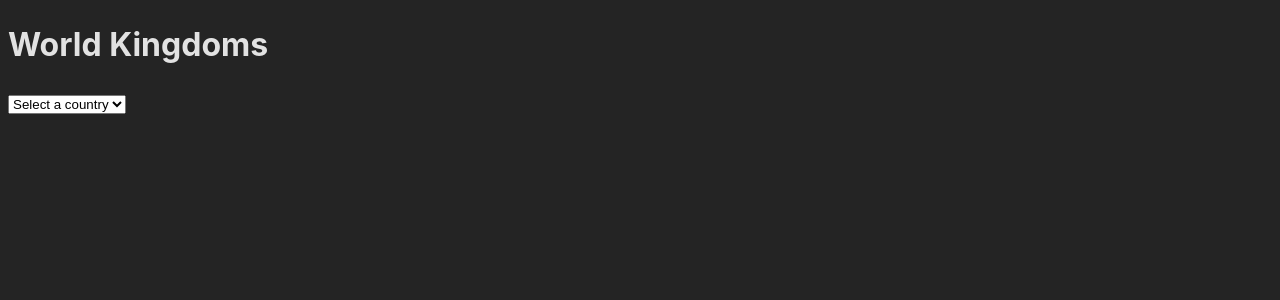
Repository: MonicaNguyenH/Lab-7_Frontend
Page: /countries
The author's editor kept a copy of each file at every save. The page is drawn from the files as they stood at one save, then again after the next save.
The browser window is 1280 px wide. The pictures show the whole page.
The page's requests for data from a server got no answer. The project was rebuilt for these pictures with package versions that can differ from the ones it lists, and the page was loaded fresh each time. No one was signed in, and anything a server would have sent is missing. Also part of the build but not shown: vite.config.js, src/Details.jsx.

Above is the page before, as saved 2024-11-18 17:40:36.

### src/main.jsx
import React from 'react';
import ReactDOM from 'react-dom/client';
import App from './App';
import './index.css'; // Import your global CSS styles

ReactDOM.createRoot(document.getElementById('root')).render(
  <React.StrictMode>
    <App />
  </React.StrictMode>
);

### src/App.jsx
import { BrowserRouter as Router, Routes, Route } from 'react-router-dom';
import Countries from './Contries';
import Details from './Details';

export default function App() {
  return (
    <div className="container">
      <Router>
      <Routes>
        <Route path="/" element={<h1>Landing Page</h1>} />
        <Route path="/countries" element={<Countries />} />
        <Route path="countries/:cca2" element={<Details />} />
      </Routes>
    </Router>
  </div>
  );
}

### src/index.css
:root {
  font-family: Inter, system-ui, Avenir, Helvetica, Arial, sans-serif;
  line-height: 1.5;
  font-weight: 400;

  color-scheme: light dark;
  color: rgba(255, 255, 255, 0.87);
  background-color: #242424;

  font-synthesis: none;
  text-rendering: optimizeLegibility;
  -webkit-font-smoothing: antialiased;
  -moz-osx-font-smoothing: grayscale;
}

### src/Contries.jsx
import { useState, useEffect } from "react";
import { useNavigate, Outlet } from "react-router-dom";

export default function Countries() {
  const [countries, setCountries] = useState([]);
  const [selectedCountry, setSelectedCountry] = useState("");
  const navigate = useNavigate();

  useEffect(() => {
    fetch("https://restcountries.com/v3.1/name/kingdom")
      .then((response) => {
        if (!response.ok) {
          throw new Error("Network response was not ok");
        }
        return response.json();
      })
      .then((data) => setCountries(data))
      .catch((error) => console.error("Error fetching countries:", error));
  }, []);

  const handleCountrySelect = (e) => {
    const value = e.target.value;

    // Handle navigation based on selection
    if (value === "") {
      navigate("/countries"); // Navigate to /countries page
    } else {
      const selected = countries.find((country) => country.cca2 === value);
      if (selected) {
        setSelectedCountry(selected);
        navigate(`/countries/${selected.cca2}`, { state: { data: selected } });
      }
    }
  };

  return (
    <div className="container">
      <h1 className="Title">World Kingdoms</h1>
      <select onChange={handleCountrySelect} value={selectedCountry?.cca2 || ""}>
        {/* Default option to navigate to /countries */}
        <option value="">Select a country</option>
        {/* Dynamically populate dropdown with country data */}
        {countries.map((country) => (
          <option key={country.cca2} value={country.cca2}>
            {country.name.common}
          </option>
        ))}
      </select>
      <Outlet />
    </div>
  );
}

Loaded but not shown: index.html (common file)

After the next save:
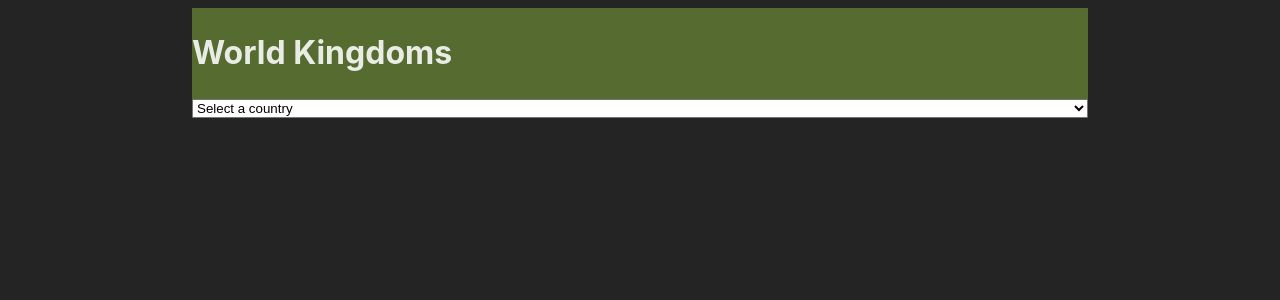
Saved 4 s later.
--- a/src/index.css
+++ b/src/index.css
@@ -12,3 +12,12 @@
   -webkit-font-smoothing: antialiased;
   -moz-osx-font-smoothing: grayscale;
 }
+
+.container {
+  width: 70vw;
+  margin: auto;
+  background-color: darkolivegreen;
+  display: flex;
+  justify-content: center;
+  flex-direction: column;
+}
